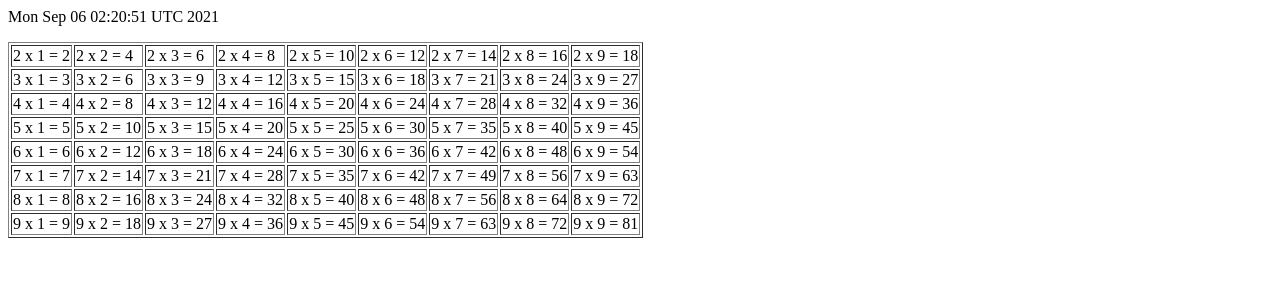
Repository: soobin10236/Class
Page: http://localhost/Web10/
The author's editor kept a copy of each file at every save. The page is drawn from the files as they stood at one save, then again after the next save.
The browser window is 1280 px wide. The pictures show the whole page.
The page is served by Tomcat 9. Other server files are loaded and not shown.

Above is the page before, as saved 2021-09-08 02:57:56.

### Web10/src/main/webapp/index.jsp

<%@page import="java.util.Date"%>
<%@ page language="java" contentType="text/html; charset=EUC-KR"
	pageEncoding="EUC-KR"%>
<!DOCTYPE html>
<html>
<head>
<meta charset="EUC-KR">
<title>Insert title here</title>
</head>

<body>
	<%--

	<!-- ex) -->

	<% Date date = new Date(); %>
	<%= date %><br/>

	--%>

	<!-- ex9) 구구단 -->

	<% Date date = new Date(); %>
	<%= date %><p>
	<table border="1">
	<%
	int sum = 0;
	for(int i=1;i<=8;i++){

	%>
		<tr>
		<%for(int j=1;j<=9;j++){ %>
			<td><%=i+1%> x <%=j %> = <%= (i+1)*j %></td>

		<%
		}%>
		</tr>
	<%} %>
	</table>
	<%-- <!-- ex8) html tag-->
	<% Date date = new Date(); %>
	<%= date %><br/>
	<button>호랑이</button>
	<hr/>
	<button>호랑이</button><p>
	<input type="text" value="초기값"/><br/>
	<input type="submit" value="submit"/><br/>
	<p>
	<select name ="color">
		<option value="red" selected>Red</option>
		<option value="blue">Blue</option>
		<option value="green">Green</option>
	</select> --%>

	<%-- <!-- ex7) JSP for문-->
	<body bgcolor = <%="green" %>>
	<% Date date = new Date(); %>
	<%= date %>

	<%
		String[] name = {"호랑이","독수리","원숭이","코끼리"};
	%>

	<table border="1" width="200">
	<%for(int i = 0; i < name.length; i++){ %>
		<tr>
			<%
				int temp = i * 10;
			%>
			<td><%=temp %></td>
			<td><%=name[i] %></td>
		</tr>
	<%} %>
	</table> --%>

	<%-- <!-- ex6) 테이블 출력 -->
	<% Date date = new Date(); %>
	<%= date %>
	<table border="1" width="200">
		<tr>
			<td><%=1 %></td>
			<td><%="호랑이" %></td>
		</tr>
		<tr>
			<td><%=2 %></td>
			<td><%="코끼리" %></td>
		</tr>
		<tr>
			<td><%=3 %></td>
			<td><%="독수리" %></td>
		</tr>
	</table> --%>


	<%-- <!-- ex5) import -->
	<% //java.util.Date date = new java.util.Date(); %>

	<%//@ page import = "java.util.*" %>
	<% Date date = new Date(); %>
	<%= date %> --%>


	<%-- <!-- ex4) JSP 선언문(함수작성) -->
	<h1>호랑이</h1>
	<%!
		void f1(javax.servlet.jsp.JspWriter out){
			try{
			out.print("method call");
			} catch(Exception e){
				e.printStackTrace();
			}
		}

		int f2(){
			return 999;
		}
	%>
	<%
		f1(out);

	// 표현식에는 ; 들어가면 안됨!
	%>
	<br/>
	<%=f2() %> --%>


	<%-- <!-- ex3) JSP 표현식 -->
	<h1>호랑이</h1>
	<%
		int num = 0;
		String s = "호랑이";
	%>
	출력 1 : <%=num %><br/>
	출력 2 : <%=s %><br/>	 --%>

	<%-- <!-- ex2) JSP 출력-->
	<h1>호랑이</h1>
	<%
		int num = 0;
		String s = "호랑이";
		out.println(num + "<br/>");
		out.println(s);
	%> --%>




	<%-- <!-- ex1) JSP 기초 4가지 -->
	1번 스크립트 릿 -> 자바코드 작성
	<% %>

	2번 표현식 -> 웹페이지에 출력 용도
	<%= %>

	3번 선언문(함수 작성) -> 잘 쓰이지 않는다.
	<%! %>

	4번 주석 잡기 <%-- -->
	자바코드 안에서는 자바에서 처럼 주석 잡으면 됨 --%>

</body>

</html>

After the next save:
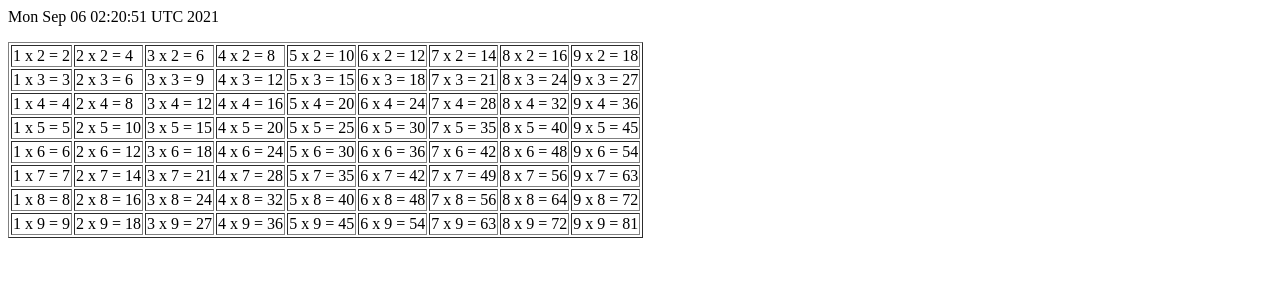
Saved 86 s later.
--- a/Web10/src/main/webapp/index.jsp
+++ b/Web10/src/main/webapp/index.jsp
@@ -31,8 +31,7 @@
 	%>
 		<tr>
 		<%for(int j=1;j<=9;j++){ %>
-			<td><%=i+1%> x <%=j %> = <%= (i+1)*j %></td>
-
+			<td><%=j%> x <%=i+1 %> = <%= (i+1)*j %></td>
 		<%
 		}%>
 		</tr>
